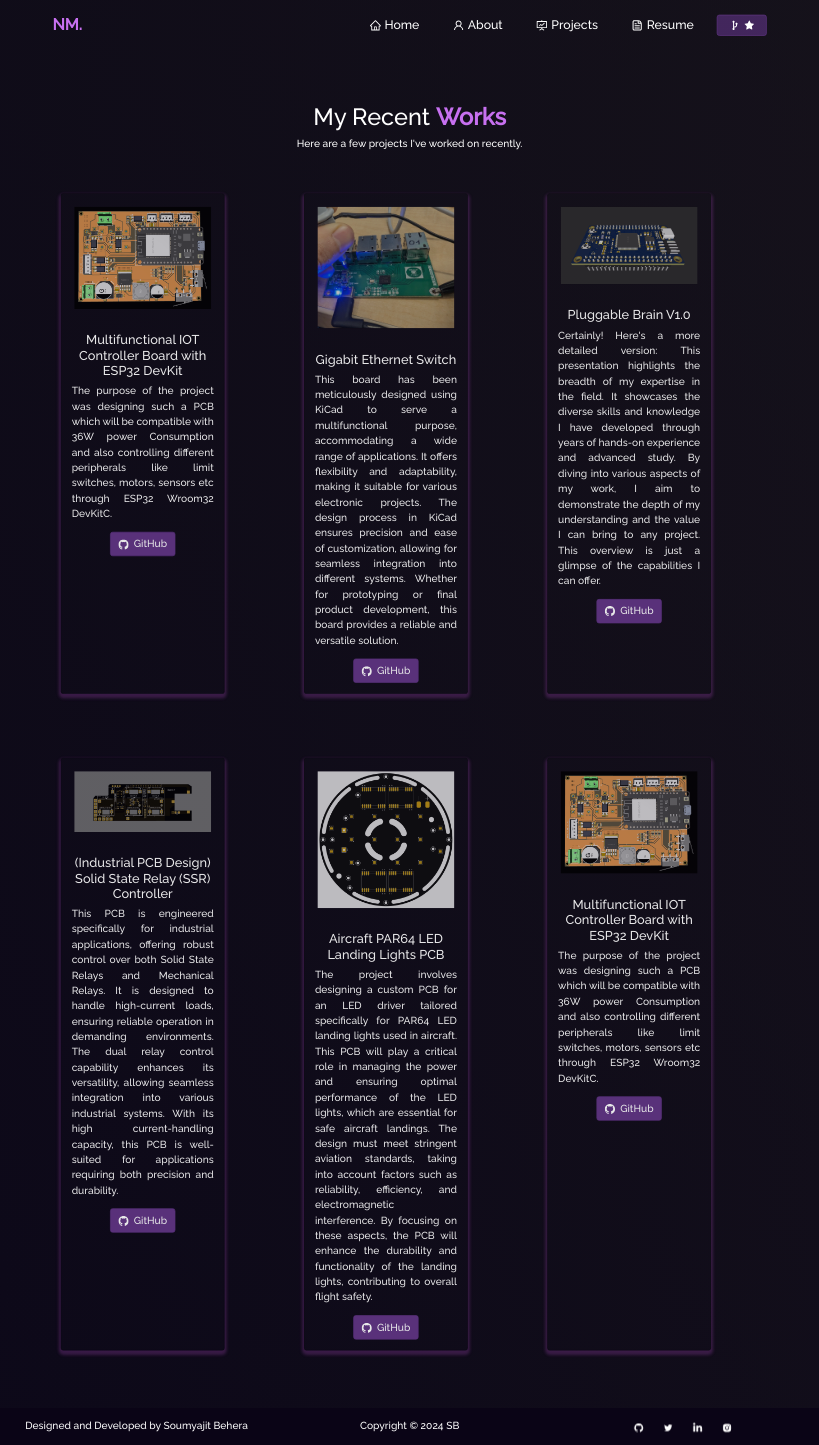
Repository: nenadMarkorvic/personal-website
Page: /project
The author's editor kept a copy of each file at every save. The page is drawn from the files as they stood at one save, then again after the next save.
The browser window is 1280 px wide. The pictures show the whole page, at 64% of full size.
The project was rebuilt for these pictures with package versions that can differ from the ones it lists, and the page was loaded fresh each time. Also part of the build but not shown: src/components/Home/Home2.js, src/components/Home/Type.js, src/components/Home/Home.js, src/components/About/Github.js, src/components/About/AboutCard.js, src/components/About/Toolstack.js, src/components/About/About.js, src/components/Resume/ResumeNew.js. Imported but missing from the stored project, and not drawn on this page: src/Assets/Nenad Markovic_pcb.pdf.

Above is the page before, as saved 2024-08-29 11:28:33.

After the next save:
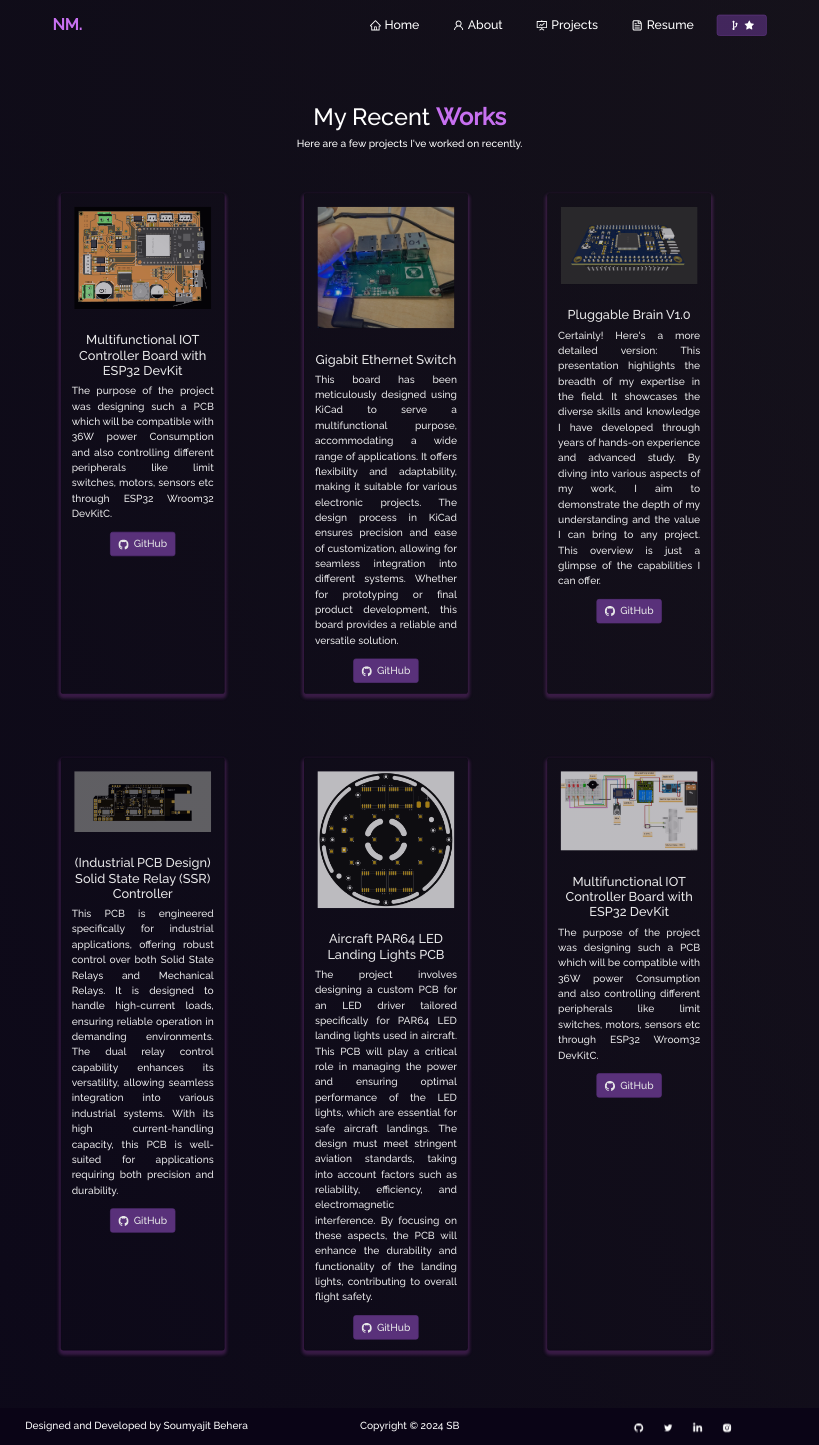
Saved 26 min 24 s later.
--- a/src/components/Projects/Projects.js
+++ b/src/components/Projects/Projects.js
@@ -67,7 +67,7 @@ This PCB is engineered specifically for industrial applications, offering robust
             />
           </Col><Col md={4} className="project-card">
             <ProjectCard
-              imgPath={project1}
+              imgPath={project6}
               isBlog={false}
               title="Multifunctional IOT Controller Board with ESP32 DevKit"
               description="The purpose of the project was designing such a PCB which will be compatible with 36W power Consumption and also controlling different peripherals like limit switches, motors, sensors etc through ESP32 Wroom32 DevKitC."
